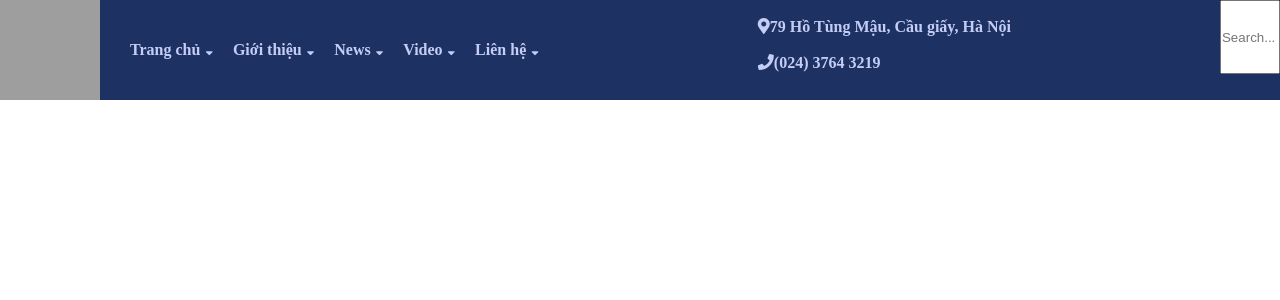
Repository: Luong-tung/newtopics
Page: index2.html
An editor plug-in stored every save of this project. The page is shown before and after the next save, followed by the edit.
The browser window is 1280 px wide. The pictures show the whole page.
Pictures or frames that could not be fetched are drawn as grey boxes. Some web libraries are served in a nearby version.

Above is the page before, as saved 2021-10-07 18:27:15.

After the next save:
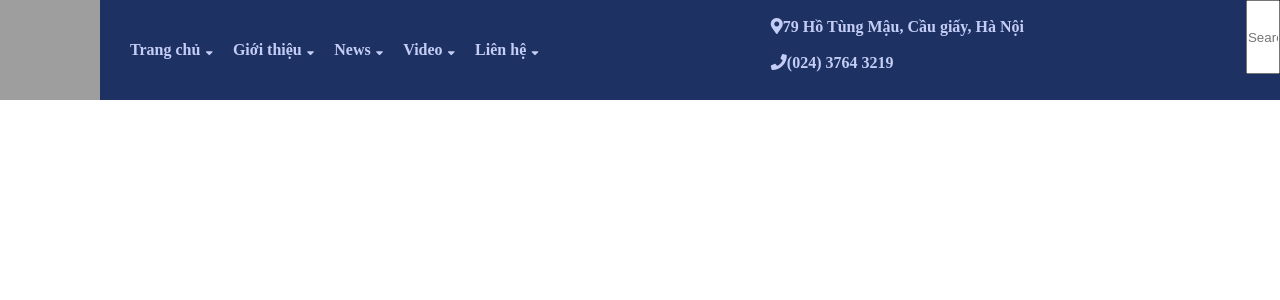
Saved 25 s later.
--- a/iu2.css
+++ b/iu2.css
@@ -55,6 +55,6 @@
 
 }
 .header .search input{
-    width: 56px;
+    width: 30px;
     height: 70px;
 }
